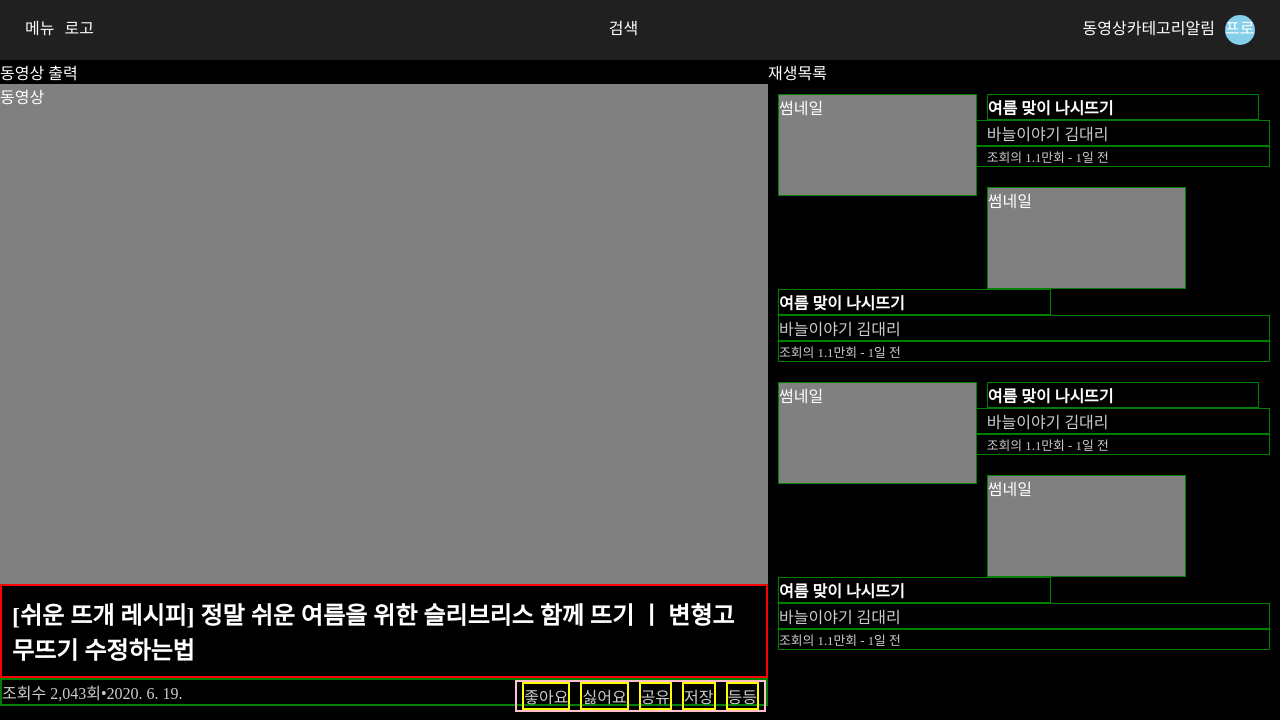
Repository: roseline0912/LikeLion
Page: YouTube_Clone/youtube.html
The author's editor kept a record of every edit. The page is drawn from the files as they stood at one moment, then again after the next edit.
The browser window is 1280 px wide. The pictures show the whole page.
An inner scrolling area shows only its first screen.

Above is the page before.

After the next edit:
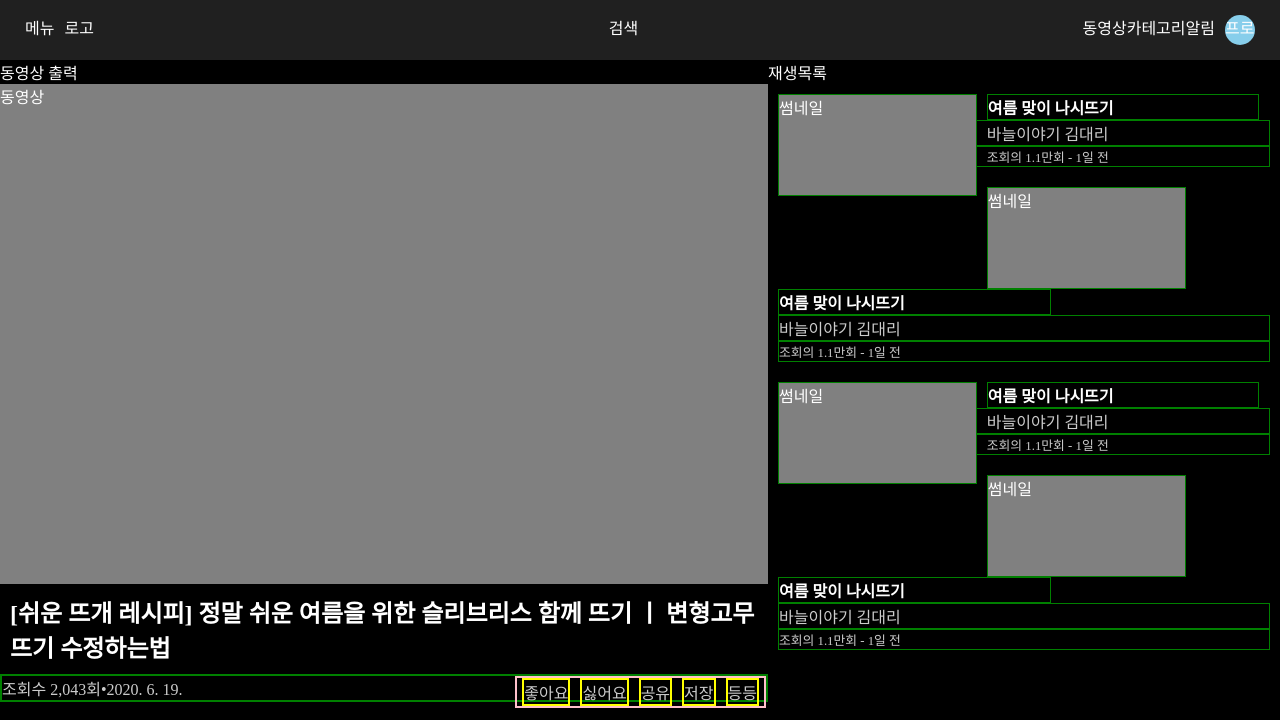
The edit:
--- a/YouTube_Clone/youtube.css
+++ b/YouTube_Clone/youtube.css
@@ -65,7 +65,7 @@
 }
 
 .video-title{
-    border:2px solid red;
+    /*border:2px solid red;*/
     padding:10px;
     font-weight:bold;
     font-size:1.5rem;
